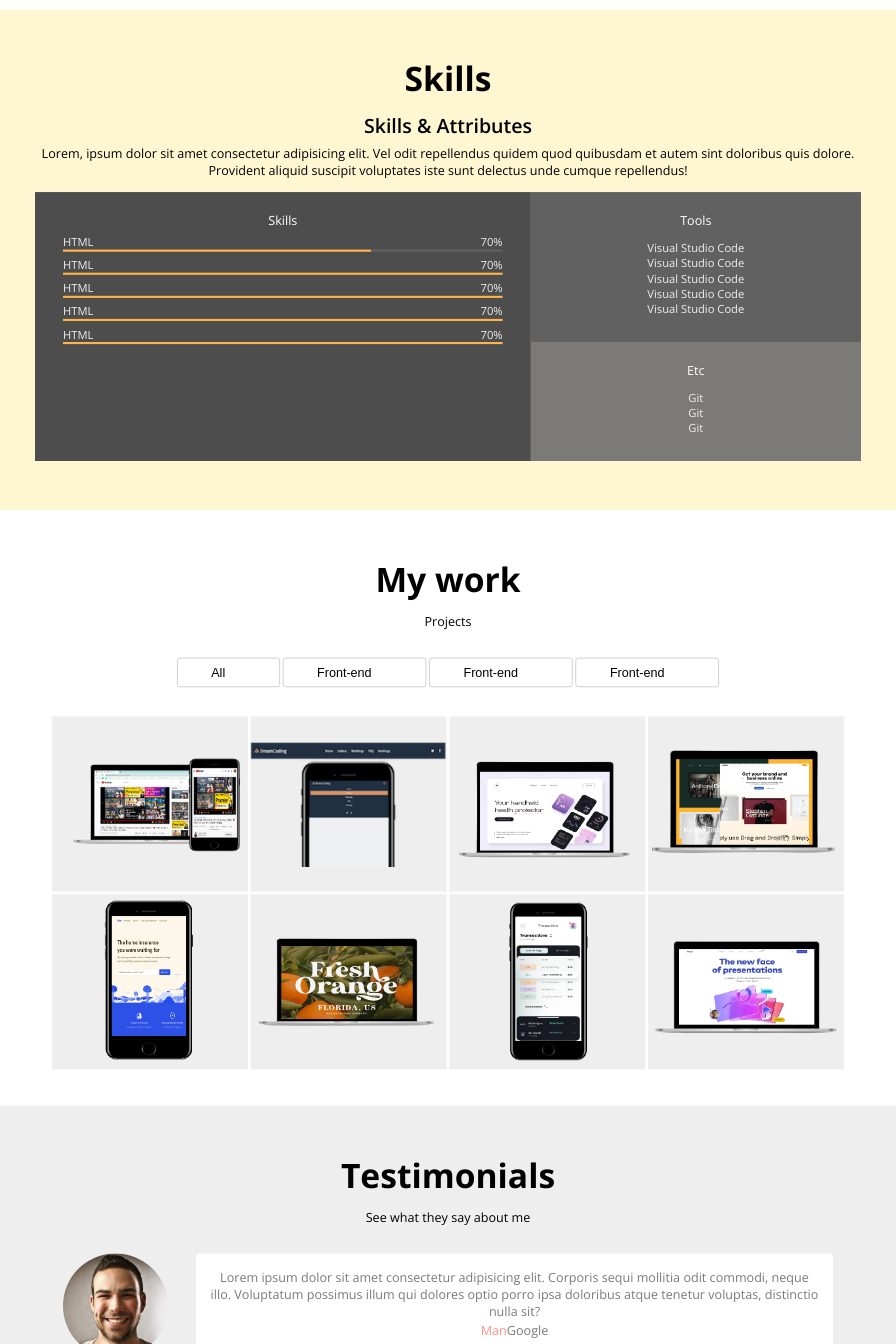
Repository: beomsu9696/Dream_Coding_Academy4
Page: index.html
These files come from the project's save history. The page is drawn as it stood at one moment and after the next save; the edit follows.
The browser window is 1280 px wide. The pictures show the part of the page from y = 1461 to 3381 px (the page is 4082 px tall), at 70% of full size.
Some web libraries are served in a nearby version.

Above is the page before, as saved 2021-01-26 19:50:03.

### index.html
<!DOCTYPE html>
<html lang="en">
  <head>
    <meta charset="UTF-8" />
    <meta name="viewport" content="width=device-width, initial-scale=1.0" />
    <title>Portfolio</title>
    <meta name="description" content="Portfolio" />
    <meta name="author" content="Beomsu" />
    <link rel="icon" type="image/png" href="images/favicon.png" />
    <script
      src="https://kit.fontawesome.com/c90a48a564.js"
      crossorigin="anonymous"
    ></script>
    <link rel="preconnect" href="https://fonts.gstatic.com" />
    <link
      href="https://fonts.googleapis.com/css2?family=Open+Sans:wght@400;600;700&display=swap"
      rel="stylesheet"
    />
    <link rel="stylesheet" href="style.css" />
    <script src="main.js" defer></script>
  </head>
  <body>
    <!-- Navbar -->
    <nav id="navbar">
      <div class="navbar__logo">
        <i class="fab fa-diaspora"></i>
        <a href="#">Beomsu</a>
      </div>
      <ul class="navbar__menu">
        <li class="navbar__menu__item" data-link="#home">Home</li>
        <li class="navbar__menu__item" data-link="#about">About</li>
        <li class="navbar__menu__item" data-link="#skills">Skills</li>
        <li class="navbar__menu__item" data-link="#work">My Work</li>
        <li class="navbar__menu__item" data-link="#testimonials">
          Testimonials
        </li>
        <li class="navbar__menu__item" data-link="#contact">Contact</li>
      </ul>
      <!-- Togglle button -->
      <button class="navbar__toggle-btn">
        <i class="fas fa-bars"></i>
      </button>
    </nav>
    <!-- Home -->
    <section id="home">
      <div class="home__container">
        <img
          src="images/profile.JPG"
          alt="Beomsu's profile photo"
          class="home__avatar"
        />
        <h1 class="home__title">Hello, <br />I'm Dream Coder</h1>
        <h2 class="home__description">Working from home</h2>
        <button class="home__contact">Contact Me</button>
      </div>
    </section>
    <!-- About -->
    <section id="about" class="section section__container">
      <h1>About me</h1>
      <p>
        Lorem ipsum dolor sit, amet consectetur adipisicing elit. Nesciunt,
        minus officiis? Accusamus eligendi animi fuga quam ex sed eos similique
        quidem sit eum veniam facere aliquid natus, inventore nesciunt quod.
      </p>
      <div class="about__majors">
        <div class="major">
          <div class="major__icon">
            <i class="fab fa-html5"></i>
          </div>
          <h2 class="major__title">Front-end</h2>
          <div class="major__description">
            HTML, CSS, JavaScript, React, TypeScript
          </div>
        </div>
        <div class="major">
          <div class="major__icon">
            <i class="fab fa-html5"></i>
          </div>
          <h2 class="major__title">Front-end</h2>
          <div class="major__description">
            HTML, CSS, JavaScript, React, TypeScript
          </div>
        </div>
        <div class="major">
          <div class="major__icon">
            <i class="fab fa-html5"></i>
          </div>
          <h2 class="major__title">Front-end</h2>
          <div class="major__description">
            HTML, CSS, JavaScript, React, TypeScript
          </div>
        </div>
      </div>
      <div class="about__jobs">
        <div class="job">
          <img
            src="images/jobs/logo-nongshim.png"
            alt="nongshim"
            class="job__logo"
          />
          <div class="job__description">
            <p class="job__name">Nongshim</p>
            <p class="job__period">2013 10 - 2018 3</p>
          </div>
        </div>
        <div class="job">
          <img src="" alt="" class="job__logo" />
          <div class="job__description">
            <p class="job__name"></p>
            <p class="job__period"></p>
          </div>
        </div>
      </div>
    </section>
    <!-- Skills -->
    <section id="skills" class="section">
      <div class="section__container">
        <h1>Skills</h1>
        <h2>Skills & Attributes</h2>
        <p>
          Lorem, ipsum dolor sit amet consectetur adipisicing elit. Vel odit
          repellendus quidem quod quibusdam et autem sint doloribus quis dolore.
          Provident aliquid suscipit voluptates iste sunt delectus unde cumque
          repellendus!
        </p>
        <div class="skillset">
          <div class="skillset__left">
            <h3 class="skillset__title">Skills</h3>
            <div class="skill">
              <div class="skill__description">
                <span>HTML</span>
                <span>70%</span>
              </div>
              <!-- <progress value="70" max="100"></progress> -->
              <div class="skill__bar">
                <div class="skill__value" style="width: 70%"></div>
              </div>
            </div>
            <div class="skill">
              <div class="skill__description">
                <span>HTML</span>
                <span>70%</span>
              </div>
              <div class="skill__bar">
                <div class="skill__value"></div>
              </div>
            </div>
            <div class="skill">
              <div class="skill__description">
                <span>HTML</span>
                <span>70%</span>
              </div>
              <div class="skill__bar">
                <div class="skill__value"></div>
              </div>
            </div>
            <div class="skill">
              <div class="skill__description">
                <span>HTML</span>
                <span>70%</span>
              </div>
              <div class="skill__bar">
                <div class="skill__value"></div>
              </div>
            </div>
            <div class="skill">
              <div class="skill__description">
                <span>HTML</span>
                <span>70%</span>
              </div>
              <div class="skill__bar">
                <div class="skill__value"></div>
              </div>
            </div>
          </div>
          <div class="skillset__right">
            <div class="tools">
              <h3 class="skillset__title">Tools</h3>
              <ul class="tools__list">
                <li><span>Visual Studio Code</span></li>
                <li><span>Visual Studio Code</span></li>
                <li><span>Visual Studio Code</span></li>
                <li><span>Visual Studio Code</span></li>
                <li><span>Visual Studio Code</span></li>
              </ul>
            </div>
            <div class="etc">
              <h3 class="skillset__title">Etc</h3>
              <ul class="etc__list">
                <li><span>Git</span></li>
                <li><span>Git</span></li>
                <li><span>Git</span></li>
              </ul>
            </div>
          </div>
        </div>
      </div>
    </section>
    <!-- Work -->
    <section id="work" class="section">
      <div class="section__container">
        <h1>My work</h1>
        <h3>Projects</h3>
        <div class="work__categories">
          <button class="category__btn selected" data-filter="*">
            All <span class="category__count">8</span>
          </button>
          <button class="category__btn" data-filter="front-end1">
            Front-end <span class="category__count">1</span>
          </button>
          <button class="category__btn" data-filter="front-end2">
            Front-end <span class="category__count">1</span>
          </button>
          <button class="category__btn" data-filter="front-end3">
            Front-end <span class="category__count">1</span>
          </button>
        </div>
        <div class="work__projects">
          <a href="#" class="project" target="_blank" data-type="front-end1">
            <img
              class="project__img"
              src="images/projects/project1.png"
              alt="Project1"
            />
            <div class="project__description">
              <h3>Project</h3>
              <span>Clone coding with HTML and CSS</span>
            </div>
          </a>
          <a href="#" class="project" target="_blank" data-type="front-end2">
            <img
              class="project__img"
              src="images/projects/project2.png"
              alt="Project2"
            />
            <div class="project__description">
              <h3>Project</h3>
              <span>Clone coding with HTML and CSS</span>
            </div>
          </a>
          <a href="#" class="project" target="_blank" data-type="front-end3">
            <img
              class="project__img"
              src="images/projects/project3.png"
              alt="Project3"
            />
            <div class="project__description">
              <h3>Project</h3>
              <span>Clone coding with HTML and CSS</span>
            </div>
          </a>
          <a href="#" class="project" target="_blank">
            <img
              class="project__img"
              src="images/projects/project4.png"
              alt="Project4"
            />
            <div class="project__description">
              <h3>Project</h3>
              <span>Clone coding with HTML and CSS</span>
            </div>
          </a>
          <a href="#" class="project" target="_blank">
            <img
              class="project__img"
              src="images/projects/project5.png"
              alt="Project5"
            />
            <div class="project__description">
              <h3>Project</h3>
              <span>Clone coding with HTML and CSS</span>
            </div>
          </a>
          <a href="#" class="project" target="_blank">
            <img
              class="project__img"
              src="images/projects/project6.png"
              alt="Project6"
            />
            <div class="project__description">
              <h3>Project</h3>
              <span>Clone coding with HTML and CSS</span>
            </div>
          </a>
          <a href="#" class="project" target="_blank">
            <img
              class="project__img"
              src="images/projects/project7.png"
              alt="Project7"
            />
            <div class="project__description">
              <h3>Project</h3>
              <span>Clone coding with HTML and CSS</span>
            </div>
          </a>
          <a href="#" class="project" target="_blank">
            <img
              class="project__img"
              src="images/projects/project8.png"
              alt="Project8"
            />
            <div class="project__description">
              <h3>Project</h3>
              <span>Clone coding with HTML and CSS</span>
            </div>
          </a>
        </div>
      </div>
    </section>
    <!-- Testimonials -->
    <section id="testimonials" class="section">
      <div class="section__container">
        <h1>Testimonials</h1>
        <h3>See what they say about me</h3>
        <div class="testimonials">
          <div class="testimonial">
            <img
              src="images/people1.jpg"
              alt="People"
              class="testimonial__avatar"
            />
            <div class="testimonial__speech-bubble">
              <p>
                Lorem ipsum dolor sit amet consectetur adipisicing elit.
                Corporis sequi mollitia odit commodi, neque illo. Voluptatum
                possimus illum qui dolores optio porro ipsa doloribus atque
                tenetur voluptas, distinctio nulla sit?
              </p>
              <p class="name"><a href="#">Man</a>Google</p>
            </div>
          </div>
          <div class="testimonial">
            <div class="testimonial__speech-bubble">
              <p>
                Lorem ipsum dolor sit amet consectetur adipisicing elit.
                Corporis sequi mollitia odit commodi, neque illo. Voluptatum
                possimus illum qui dolores optio porro ipsa doloribus atque
                tenetur voluptas, distinctio nulla sit?
              </p>
              <p class="name"><a href="#">Man</a>Google</p>
            </div>
            <img
              src="images/people1.jpg"
              alt="People"
              class="testimonial__avatar"
            />
          </div>
        </div>
      </div>
    </section>
    <!-- Contact -->
    <section id="contact" class="section">
      <h1 class="contact__title">Let's talk</h1>
      <h2 class="contact__email">dream.coder.ellie@gmail.com</h2>
      <div class="contact__links">
        <a href="#" target="_blank">
          <i class="fab fa-github"></i>
        </a>
        <a href="#" target="_blank">
          <i class="fab fa-linkedin"></i>
        </a>
      </div>
      <p class="contact__rights">
        2021 Dream Coding Ellie - All rights reserved
      </p>
    </section>
    <!-- Arrow up -->
    <button class="arrow-up">
      <i class="fa fa-arrow-up"></i>
    </button>
  </body>
</html>

### style.css
/* Universal tags */
* {
  box-sizing: border-box;
}

body {
  margin: 0;
  font-family: "Open Sans", sans-serif;
  cursor: default;
}

a {
  text-decoration: none;
  color: var(--color-white);
}

ul {
  list-style: none;
  padding-left: 0;
}

button {
  outline: none;
  background-color: transparent;
  cursor: pointer;
  border: none;
}

/* Global */
:root {
  /* Color */
  --color-white: #ffffff;
  --color-light-white: #eeeeee;
  --color-dark-white: #bdbdbd;
  --color-pink: #fe918d;
  --color-dark-pink: #ff6863;
  --color-dark-grey: #4d4d4d;
  --color-grey: #616161;
  --color-light-grey: #7c7979;
  --color-blue: #73aace;
  --color-yellow: #fff7d1;
  --color-orange: #feb546;
  --color-black: #000000;

  /* Font size */
  --font-large: 48px;
  --font-medium: 28px;
  --font-regular: 18px;
  --font-small: 16px;
  --font-micro: 14px;

  /* Font weight */
  --weight-bold: 700;
  --weight-semi-bold: 600;
  --weight-regular: 400;

  /* Size */
  --size-border-radius: 4px;

  /* Animation */
  --animation-duration: 300ms;
}

/* Typography */

h1 {
  font-size: var(--font-large);
  font-weight: var(--weight-bold);
  color: var(--color-black);
  margin: 16px 0px;
}

h2 {
  font-size: var(--font-medium);
  font-weight: var(--weight-semi-bold);
  color: var(--color-black);
  margin: 8px 0;
}

h3 {
  font-size: var(--font-regular);
  font-weight: var(--weight-regular);
  color: var(--color-black);
  margin: 8px 0;
}

p {
  font-size: var(--font-regular);
  font-weight: var(--weight-regular);
  color: var(--color-black);
  margin: 4px 0;
}

/* Navbar */
#navbar {
  position: fixed;
  width: 100%;
  display: flex;
  justify-content: space-between;
  align-items: center;
  color: var(--color-white);
  padding: 16px;
  background-color: transparent;
  transition: all var(--animation-duration) ease-in-out;
  z-index: 1;
}

#navbar.navbar--dark {
  background-color: var(--color-pink);
  padding: 8px;
}

.navbar__menu {
  display: flex;
}

.navbar__logo {
  font-size: var(--font-medium);
  font-weight: var(--weight-semi-bold);
}

.navbar__menu__item {
  padding: 8px 12px;
  margin: 0 4px;
  cursor: pointer;
  border-radius: var(--size-border-radius);
  border: 1px solid transparent;
}

.navbar__menu__item:hover {
  border: 1px solid var(--color-white);
  background-color: var(--color-dark-pink);
}

.navbar__toggle-btn {
  position: absolute;
  top: 24px;
  right: 32px;
  font-size: 24px;
  color: var(--color-white);
  display: none;
}

/* Home */
#home {
  background: center/cover no-repeat url(images/homebackground.png);
  padding: 40px;
  padding-top: 120px;
  text-align: center;
}

.home__avatar {
  width: 250px;
  height: 250px;
  border-radius: 50%;
  border: 2px solid var(--color-light-white);
}

.home__title,
.home__description {
  color: var(--color-white);
}

.home__contact {
  color: var(--color-white);
  font-size: var(--font-regular);
  font-weight: var(--weight-bold);
  margin: 24px;
  padding: 8px 12px;
  border: 2px solid var(--color-white);
  border-radius: var(--size-border-radius);
}

/* Section common */
.section {
  text-align: center;
  padding: 50px;
  margin: auto;
}

.section__container {
  max-width: 1200px;
  margin: auto;
}
/* About */
.about__majors {
  display: flex;
  justify-content: space-between;
  margin: 80px 0;
}

.major__icon {
  width: 170px;
  height: 170px;
  line-height: 170px;
  font-size: 70px;
  margin: auto;
  color: var(--color-blue);
  border: 1px solid var(--color-blue);
  border-radius: 50%;
  margin-bottom: 16px;
}

.major__icon i {
  transition: all var(--animation-duration) ease;
}

.major__icon:hover i {
  color: var(--color-pink);
  transform: rotate(-30deg) scale(1.1);
}

.major__title,
.major__description {
  color: var(--color-dark-grey);
}

.major__description {
  font-size: var(--font-small);
}

.job {
  display: flex;
  align-items: center;
}

.job__description {
  margin: 0 16px;
  text-align: left;
}

.job__name,
.job__period {
  color: var(--color-light-grey);
}

.job__name {
  font-size: var(--font-small);
}

.job__period {
  font-size: var(--font-micro);
}

/* Skill */
#skills {
  background-color: var(--color-yellow);
}

.skillset {
  display: flex;
  background-color: var(--color-light-grey);
  color: var(--color-light-white);
  margin: 20px 0;
}

.skillset__title {
  color: var(--color-white);
}

.skillset__left {
  flex-basis: 60%;
  background-color: var(--color-dark-grey);
  padding: 20px 40px;
}

.skill {
  margin-bottom: 8px;
}

.skill__description {
  display: flex;
  justify-content: space-between;
}

.skill__bar {
  width: 100%;
  height: 3px;
  background-color: var(--color-grey);
}

.skill__value {
  width: 100%;
  height: 3px;
  background-color: var(--color-orange);
}

.skillset__right {
  flex-basis: 40%;
}

.tools {
  background-color: var(--color-grey);
}

.tools,
.etc {
  padding: 20px;
}

/* Work */
.work__categories {
  margin: 40px;
}

.category__btn {
  border: 1px solid var(--color-dark-white);
  border-radius: var(--size-border-radius);
  font-size: var(--font-regular);
  padding: 8px 48px;
}

.category__btn.active,
.category__btn:hover {
  background-color: var(--color-pink);
  color: var(--color-white);
}

.category__btn.active .category__count,
.category__btn:hover .category__count {
  opacity: 1;
  top: 0;
}

.category__count {
  background-color: var(--color-orange);
  border-radius: 50%;
  color: var(--color-white);
  width: 24px;
  height: 24px;
  line-height: 24px;
  display: inline-block;
  position: relative;
  top: -20px;
  left: 4px;
  opacity: 0;
  transition: all var(--animation-duration) ease-in;
}

.work__projects {
  display: flex;
  flex-wrap: wrap;
  justify-content: center;
  opacity: 1;
  transition: all var(--animation-duration) ease-out;
}

.work__projects.anim-out {
  opacity: 0.6;
  transform: scale(0.96) translateY(40px);
}

.project {
  position: relative;
  display: flex;
  justify-content: center;
  align-items: center;
  width: 280px;
  height: 250px;
  margin: 2px;
  background-color: var(--color-light-white);
}

.project.invisible {
  display: none;
}

.project__img {
  max-width: 100%;
  max-height: 100%;
}

.project__description {
  position: absolute;
  background-color: black;
  display: flex;
  flex-direction: column;
  justify-content: center;
  width: 100%;
  height: 100%;
  top: 0;
  left: 0;
  opacity: 0;
  transform: translateY(10px);
  transition: all var(--animation-duration) ease-in;
}

.project:hover .project__description {
  transform: translateY(0px);
  opacity: 0.8;
}

.project__description h3 {
  color: var(--color-white);
}

.project__description h3:after {
  content: "";
  display: block;
  position: relative;
  left: 50%;
  width: 25px;
  height: 2px;
  margin-left: -12px;
  margin-top: 8px;
  background-color: var(--color-dark-white);
}

/* Testimonial */
#testimonials {
  background-color: var(--color-light-white);
}

.testimonials {
  margin: 40px;
}

.testimonial {
  display: flex;
  margin: 32px 0;
}

.testimonial__avatar {
  width: 150px;
  height: 150px;
  border-radius: 50%;
}

.testimonial__avatar:nth-child(odd) {
  margin-right: 40px;
}
.testimonial__avatar:nth-child(even) {
  margin-left: 40px;
}

.testimonial__speech-bubble {
  padding: 18px;
  background-color: var(--color-white);
  border-radius: var(--size-border-radius);
}

.testimonial__speech-bubble p {
  color: var(--color-light-grey);
}

.testimonial__speech-bubble a {
  color: var(--color-pink);
}

/* Contact */
#contact {
  background-color: var(--color-pink);
}

.contact__title,
.contact__email,
.contact__rights {
  color: var(--color-white);
}

.contact__title {
  margin: 32px 0;
}

.contact__links {
  font-size: var(--font-large);
  margin: 24px 0;
}

.contact__links i {
  transition: all var(--animation-duration) ease-in;
}

.contact__links i:hover {
  transform: scale(1.1);
  color: var(--color-yellow);
}

/* Scroll */
.arrow-up {
  position: fixed;
  bottom: 50px;
  right: 50px;
  font-size: 50px;
  width: 70px;
  height: 70px;
  background-color: var(--color-pink);
  color: var(--color-white);
  border-radius: 50%;
  opacity: 0;
  transition: all 300ms ease-in;
  pointer-events: none;
}

.arrow-up.visible {
  opacity: 1;
  pointer-events: auto;
}

/* For below 768px screen width */
@media screen and (max-width: 768px) {
  .navbar__toggle-btn {
    display: block;
  }

  #navbar {
    flex-direction: column;
    align-items: flex-start;
  }

  .navbar__menu {
    flex-direction: column;
    text-align: center;
    width: 100%;
    display: none;
  }

  .about__majors {
    flex-direction: column;
  }

  .major {
    margin-bottom: 38px;
  }

  .skillset {
    flex-direction: column;
  }

  .project {
    flex-grow: 1;
  }
  .testmonial__avatar {
    width: 80px;
    height: 80px;
  }
}
/* For below 970px screen width */
@media screen and (max-width: 970px) {
  .work__categories {
    display: flex;
    flex-direction: column;
  }

  .category__btn:nth-child(even),
  .category__btn:nth-child(3) {
    margin-top: 4px;
  }
}

Loaded but not shown: main.js (84 lines, source omitted)

After the next save:
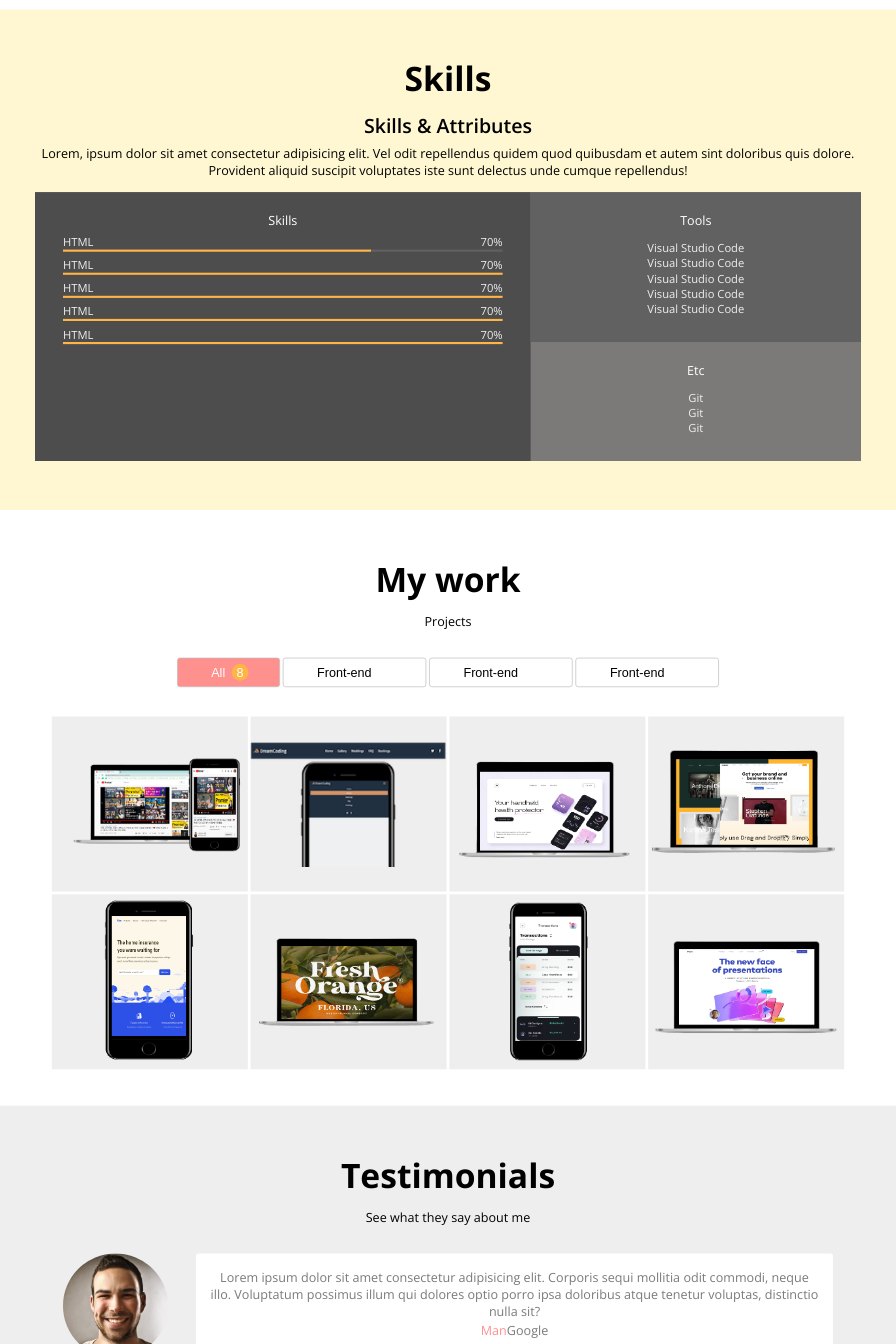
Saved 25 s later.
--- a/style.css
+++ b/style.css
@@ -310,13 +310,13 @@
   padding: 8px 48px;
 }
 
-.category__btn.active,
+.category__btn.selected,
 .category__btn:hover {
   background-color: var(--color-pink);
   color: var(--color-white);
 }
 
-.category__btn.active .category__count,
+.category__btn.selected .category__count,
 .category__btn:hover .category__count {
   opacity: 1;
   top: 0;
